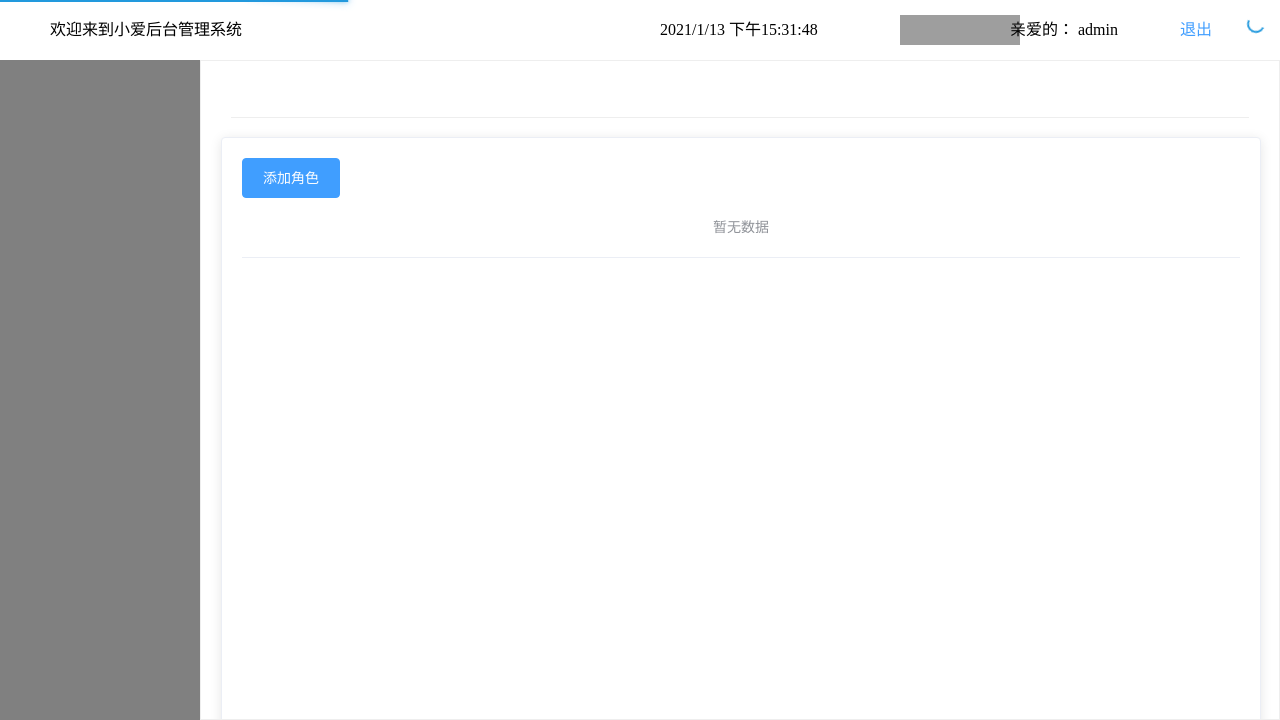
Repository: heyegang/vuex
Page: /rolelist
The author's editor kept a copy of each file at every save. The page is drawn from the files as they stood at one save, then again after the next save.
The browser window is 1280 px wide. The pictures show the whole page.
Pictures or frames that could not be fetched are drawn as grey boxes. The page's requests for data from a server got no answer. The project was rebuilt for these pictures with package versions that can differ from the ones it lists, and the page was loaded fresh each time. No one was signed in, and anything a server would have sent is missing. Also part of the build but not shown: vue.config.js, src/views/Home.vue, src/components/navsidebar/NavSidebar.vue.

Above is the page before, as saved 2021-01-14 17:01:39.

### src/main.js
import Vue from "vue";
import App from "./App.vue";
import router from "./router";
import store from "./store";
import ElementUI from "element-ui";
import "element-ui/lib/theme-chalk/index.css"

Vue.use(ElementUI)
Vue.config.productionTip = false;

new Vue({
  router,
  store,
  render: h => h(App)
}).$mount("#app");

### src/App.vue
<template>
  <div id="app">
    <router-view />
  </div>
</template>

<style lang="scss">
*{
  margin: 0;
  padding: 0;
}
html,body,#app{
  height: 100%;
}
</style>

### src/router/index.js
import Vue from "vue";
import VueRouter from "vue-router";
import Home from "../views/Home.vue";
import Layout from "../views/layout/Layout.vue";

Vue.use(VueRouter);

const routes = [
  {
   path:"",
  component:Layout,
  children:[{
    path: "/",
    name: "Home",
    component: Home
  },
  {
    path: "/usermanagement",
    name: "usermanagement",
    component: () => import('../views/usermanagement/UserManagement.vue')
  },
  {
    path: "/rolelist",
    name: "rolelist",
    component: () => import('../views/rolelist/RoleList.vue')
  },
  ]},
  {
    path: "/login",
    name: "login",
    component: () => import('../views/login/Login.vue')
  },
];

const router = new VueRouter({
  mode: "history",
  base: process.env.BASE_URL,
  routes
});

export default router;

### src/store/index.js
import Vue from "vue";
import Vuex from "vuex";
import user from "./user";
import layout from "./layout";
import Administration from "./Administration/Administration";
import rolelist from "./rolelist/rolelist"
Vue.use(Vuex);

export default new Vuex.Store({
  state: {
    // 存放数据
  },
  mutations: {
    // 同步修改state
  },
  actions: {},
  modules: {
    // 代表模块
    user,
    layout,
    Administration,
    rolelist,
  }
});

### src/views/layout/Layout.vue
<template>
  <div>
    <el-container>
      <el-header>
        <nav-header></nav-header>
      </el-header>
      <el-container>
        <el-aside width="200px">
          <nav-sidebar :layouts='layouts' v-if='layouts.length>0'></nav-sidebar>
        </el-aside>
        <el-main>
          <nav-label></nav-label>
          <router-view></router-view>
        </el-main>
      </el-container>
    </el-container>
  </div>
</template>

<script>
import NavHeader from "../../components/navheader/NavHeader";
import NavSidebar from "../../components/navsidebar/NavSidebar";
import NavLabel from "../../components/navlabel/NavLabel";
import {createNamespacedHelpers} from 'vuex'
let userModule = createNamespacedHelpers('layout')
let {mapState: layoutState,mapActions: layoutActions} = userModule
export default {
  name: "",
  props: {},
  data() {
    return {
      sidebars:[]
    };
  },
  components: {
    NavHeader,
    NavSidebar,
    NavLabel,
  },
  methods: {
    ...layoutActions(['gettype'])
  },
  mounted() {
    this.gettype()
  },
  computed: {
    ...layoutState(['layouts'])
  },
  watch: {}
};
</script>

<style lang='scss' scoped>
.el-header,
.el-footer {
  line-height: 60px;
}

.el-aside {
  position: fixed;
  top: 60px;
  bottom: 0;
  background-color: gray;
}

.el-main {
  position: fixed;
  bottom: 0;
  right: 0;
  top: 60px;
  left: 200px;
  border: 1px solid #eeeeee;
}

body > .el-container {
  margin-bottom: 40px;
}

.el-container:nth-child(5) .el-aside,
.el-container:nth-child(6) .el-aside {
  line-height: 260px;
}

.el-container:nth-child(7) .el-aside {
  line-height: 320px;
}
</style>

### src/views/rolelist/RoleList.vue
<template>
  <el-card class="box-card">
  <div class="text item">
    <el-button type="primary">添加角色</el-button>
    <role-list-table :options='options'></role-list-table>
  </div>
</el-card>
</template>

<script>
import {createNamespacedHelpers} from 'vuex'
let userModule = createNamespacedHelpers('rolelist')
let {mapState: RolelistState,mapActions: RolelistActions} = userModule
import RoleListTable from '../../components/rolelisttable/RoleListTable'
export default {
  name: '',
  props:{},
  data () {
    return {
      type:'tree',
      options:[
        {
          label:'职位',
          prop:'authName',
          align:'center'
        },
        {
          label:'描述',
          prop:'path',
          align:'center'
        },
        {
          label:'操作',
          prop:'',
          align:'center'
        },
      ]

    }
  },
  components: {
    RoleListTable,
  },
  methods: {
    ...RolelistActions(['gettree','getroles'])
  },
  mounted() {
    this.gettree()
    this.getroles()
  },
  computed: {
    ...RolelistState(['tree','roles'])
  },
  watch: {}
}
</script>

<style lang='scss' scoped>
.text {
    font-size: 14px;
  }

  // .item {
  //   padding: 18px 0;
  // }

  .box-card {
    width: 100%;
    height: 96%;
    position: relative;
    top: 3%;

  }
</style>

### src/store/user.js
import { Message } from "element-ui";
import api from '../http/api';
import router from '../router'

export default {
    namespaced:true,
    // 开启命名空间

    state: {
        // 存放数据
        // users:[]
      },
      mutations: {
        // 同步修改state
        // setUsers(state,data){
        //     state.users = data
        // }
      },
      actions: {
        //   发请求
        // 所有的方法
        // 登录 每一个action的方法都有两个参数 第一个是store 第二个是请求的参数
        // store可以解构为commit dispatch(提交另外一个action)
        async login(_,params){
            let res = await api.login(params)
            if(res.meta.status === 200){
                // 请求成功 存用户 跳转路由 提示用户
                localStorage.setItem('user', JSON.stringify(res.data))
                localStorage.setItem('token', res.data.token)
                Message.success('登录成功')
                router.push('/')
            } else {
                Message.error(res.meta.msg)
            }
        },
        // async getUsers({commit},params){
        //     let res = await api.getUsers(params)
        //     if(res.meta.status === 200) {
        //         commit('setUsers',res.data)
        //     }else {
        //         Message.error(res.meta.msg)
        //     }
        // } ,
      },
}

### src/store/layout.js
import api from '../http/api';
import { Message } from "element-ui";



export default {
  namespaced:true,
  state: {
    // 存放数据
    layouts:[]
  },
  mutations: {
    // 同步修改state
    setLayout(state,data){
      state.layouts = data
    }
  },
  actions: {
    async gettype({commit},params){
      let res = await api.gettype(params)
      if(res.meta.status === 200){
      //  console.log(res)
        commit('setLayout',res.data)
      }else {
        Message.error(res.meta.msg)
      }
    },
  },
}

### src/store/Administration/Administration.js
import { Message } from "element-ui";
import api from '../../http/api';

export default({
  namespaced:true,

  state: {
    // 存放数据
    Administrations:[],
    StrSearch:[],
    Add:[],
  },
  mutations: {
    // 同步修改state
    setAdministration(state,data){
      state.Administrations = data
    },
    setStrSearch(state,data){
      state.StrSearch = data
    },
    setAdd(state,data){
      state.Add = data
    },
  },
  // 数据列表
  actions: {
    // 获取表格数据请求
    async getusers({commit},params){
      let res =await api.getusers(params)
      if(res.meta.status === 200) {
        console.log(res)
        commit('setAdministration',res.data.users)
      } else {
        Message.error(res.meta.msg)
      }
    },
    // 搜索请求事件
    async getquery({commit},params){
      let res =await api.getquery(params)
      if(res.meta.status === 200) {
        console.log(res)
        commit('setStrSearch',res.data)
      } else {
        Message.error(res.meta.msg)
      }
    },
    // 添加用户
    async postuser({commit},params){
      let res =await api.postuser(params)
      if(res.meta.status === 200) {
        console.log(res)
        commit('setAdd',res.data)
      } else {
        Message.error(res.meta.msg)
      }
    }
  },

})

### src/store/rolelist/rolelist.js
import api from '../../http/api';
import { Message } from "element-ui";




export default({
  namespaced:true,
  state: {
    // 存放数据
    tree:[],
    roles:[],

  },
  mutations: {
    // 同步修改state
    settree(state,data){
      state.tree = data
    },
    setroles(state,data){
      state.roles = data
    },

  },
  actions: {
    async gettree({commit},params){
      let res = await api.gettree(params)
      if(res.meta.status === 200){
       console.log(res)
        commit('settree',res.data)
      }else {
        Message.error(res.meta.msg)
      }
    },
    async getroles({commit},params){
      let res = await api.getroles(params)
      if(res.meta.status === 200){
       console.log(res)
        commit('setroles',res.data)
      }else {
        Message.error(res.meta.msg)
      }
    },
  },
})

### src/components/navheader/NavHeader.vue
<template>
  <div class="top">
      <div style="margin-left:30px;">
          欢迎来到小爱后台管理系统
      </div>
      <div class="box">
          {{times}}
      </div>
      <div class="weather">
          <div class="weather"><iframe scrolling="no" src="https://tianqiapi.com/api.php?style=yd&skin=pitaya" frameborder="0" width="100%" height="30" allowtransparency="true"></iframe></div>
    <!--获取天气-->
      </div>
      <div class="hello">
          亲爱的： admin
      </div>
      <div class="esc">
          退出
      </div>
  </div>
</template>

<script>
export default {
  name: '',
  props:{},
  data () {
    return {
      times:'',//格式化之后的当前时间
      currentTime: new Date() //当前时间
    }
  },
  components: {},
  methods: {
    getTimes(){
      setInterval(this.getTimesInterval, 1000);
    },
    getTimesInterval:function() {
      let _this = this;
      let year = new Date().getFullYear(); //获取当前时间的年份
      let month = new Date().getMonth() + 1; //获取当前时间的月份
      let day = new Date().getDate(); //获取当前时间的天数
      let hours = new Date().getHours(); //获取当前时间的小时
      let minutes = new Date().getMinutes(); //获取当前时间的分数
      let seconds = new Date().getSeconds(); //获取当前时间的秒数
      let hello = "";
      //当小于 10 的是时候，在前面加 0
      if (hours < 10) {
        hours = "0" + hours;
      }
      if (minutes < 10) {
        minutes = "0" + minutes;
      }
      if (seconds < 10) {
        seconds = "0" + seconds;
      }
      //一天中的时间
      if (hours > 6 && hours <13){
          hello = "上午";
      }
      if (hours > 13 && hours <18){
          hello = "下午";
      }
      if (hours > 18 && hours <24){
          hello = "晚上";
      }
      if (hours >0 && hours < 6){
          hello = "凌晨";
      }
      //拼接格式化当前时间
      _this.times = year + "/" + month + "/" + day + " " +hello+ hours + ":" + minutes + ":" + seconds;
    },
  },
  mounted() {
    this.getTimes()
  },
  computed: {},
  watch: {},
}
</script>

<style lang='scss' scoped>
.top{
    display: flex;
    position: relative;
    line-height: 60px;
}
.box{
    width: 220px;
    position: absolute;
    right: 380px;
    color: black;
}
.weather{
    width: 120px;
    position: absolute;
    right: 120px;
    top: 5px;
}
.hello{
    width: 120px;
    position: absolute;
    right: 130px;
}
.esc{
    width: 60px;
    position: absolute;
    right: 20px;
    color: #409EFF;
}
</style>

### src/components/navlabel/NavLabel.vue
<template>
  <div class="LabelBox">
  </div>
</template>

<script>
export default {
  name: '',
  props:{},
  data () {
    return {
    }
  },
  components: {},
  methods: {},
  mounted() {},
  computed: {},
  watch: {}
}
</script>

<style lang='scss' scoped>
.LabelBox{
  width: 98%;
  height: 36px;
  border-bottom: 1px solid #eee;
  margin-left: 1%;

}
</style>

### src/components/rolelisttable/RoleListTable.vue
<template>
  <div>
    <el-table :data="tableData" style="width: 100%">

        <el-table-column :prop="item.prop" :label="item.label"  v-for="(item,index) in options" :key="index">
          <template></template>
        </el-table-column>

    </el-table>
  </div>
</template>

<script>
export default {
  name: "",
  props: {},
  data() {
    return {};
  },
  components: {},
  methods: {},
  mounted() {},
  computed: {},
  watch: {}
};
</script>

<style lang='scss' scoped>
</style>

### src/http/api.js
import http from './index'

export default{
     login({username,password}){
        return http.post('/login',{
            username,
            password
        })
     },
    //  getUsers({pagenum,pagesize,query}){
    //      if(query){
    //          return http.get(`/users?pagenum=${pagenum}&pagesize=${pagesize}&query=${query}`)
    //      } else {
    //          return http.get(`/users?pagenum=${pagenum}&pagesize=${pagesize}`)
    //      }

    //  },
    // 侧边导航栏
     gettype(){
         return http.get('/menus')
     },
    //  用户数据列表
     getusers({query,pagenum,pagesize}){
        if(query){
            return http.get(`/users?pagenum=${pagenum}&pagesize=${pagesize}&query=${query}`)
        } else {
            return http.get(`/users?pagenum=${pagenum}&pagesize=${pagesize}`)
        }
     },
    //  添加用户
     postuser({username,password,email,mobile}){
        return http.post(`/users`,
        username,
        password,
        email,
        mobile,
        )
     },
    //  修改用户状态请求
    // modify

    // 查询请求
    getquery(id){
        return http.get(`/users/${id}?id=${id}`)
    },
    // 编辑用户提交请求
    putedit({id,email,mobile}){
        return http.put(`/users/${id}?id=${id}&email=${email}&mobile=${mobile}`)
    },
    // 删除用户
    deluser(id){
        return http.delete( `/users/${id}?id=${id}`)
    },
    // 分配用户角色
    putroles({id,rid}){
        return http.put(`/users/${id}/role?id=${id}&rid=${rid}`)
    },
    // 权限管理请求
    gettree(){
        return http.get(`/rights/tree`)
    },
    getroles(){
        return http.get(`/roles`)
    }




}

### src/http/index.js
import axios from 'axios'
import nprogress from 'nprogress'
import 'nprogress/nprogress.css'
import {Message} from 'element-ui'

// 需要区分当前环境是开发环境(development)还是生产环境(production)
let isPro = process.env.NODE_ENV === 'productin'

const http = axios.create({
    baseURL: isPro ? '线上接口路径':'/api',
    timeout:10000
})

// 请求拦截
http.interceptors.request.use(config =>{
    nprogress.start()
    // 配置token token是鉴权的一种方式
    // 在登陆成功后 会返回当前用户的token 存在本地
    // 可用（百度：js加密插件）加密插件加密token
    let token = localStorage.getItem('token')
    // 账号密码和token分开存
    if(token){
        config.headers.Authorization = token
    }
    return config
},err =>{
    nprogress.done()
    return Promise.reject(err)
})

// 响应拦截
http.interceptors.response.use(res => {
    nprogress.done()
    return res.data
},err => {

    // 请求失败
    let status = err.response && err.response.status
    // 状态码
    if (status === 400) {
        Message.error('参数错误')
    }
    if (status === 401) {
        Message.error('没有权限')
    }
    if (status === 403) {
        Message.error('登录过期')
    }
    if (status === 404) {
        Message.error('路径错误')
    }
    if (status === 500) {
        Message.error('服务器错误')
    }
    if (status === 403) {
        Message.error('服务器在维护')
    }
    return Promise.reject(err)
})


export default http

Loaded but not shown: public/index.html (common file)

After the next save:
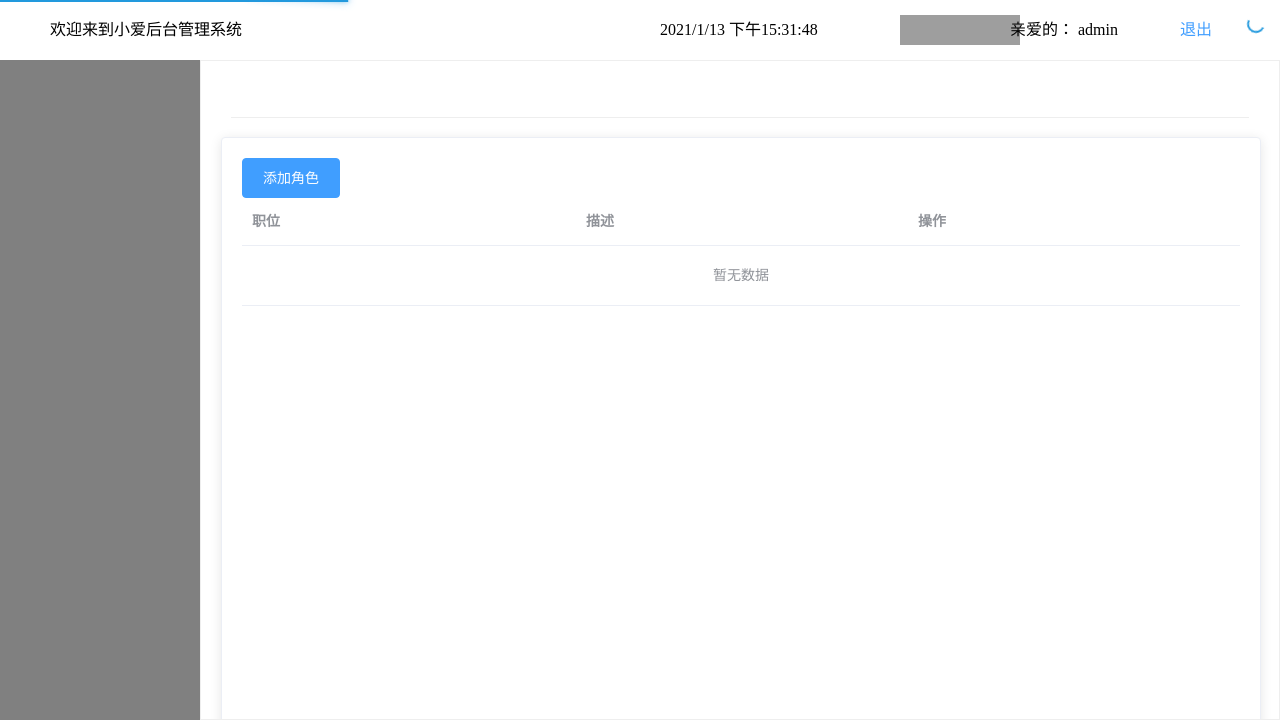
Saved 107 s later.
--- a/src/components/rolelisttable/RoleListTable.vue
+++ b/src/components/rolelisttable/RoleListTable.vue
@@ -13,7 +13,12 @@
 <script>
 export default {
   name: "",
-  props: {},
+  props: {
+    options:{
+      type:Array,
+      required:true
+    }
+  },
   data() {
     return {};
   },
